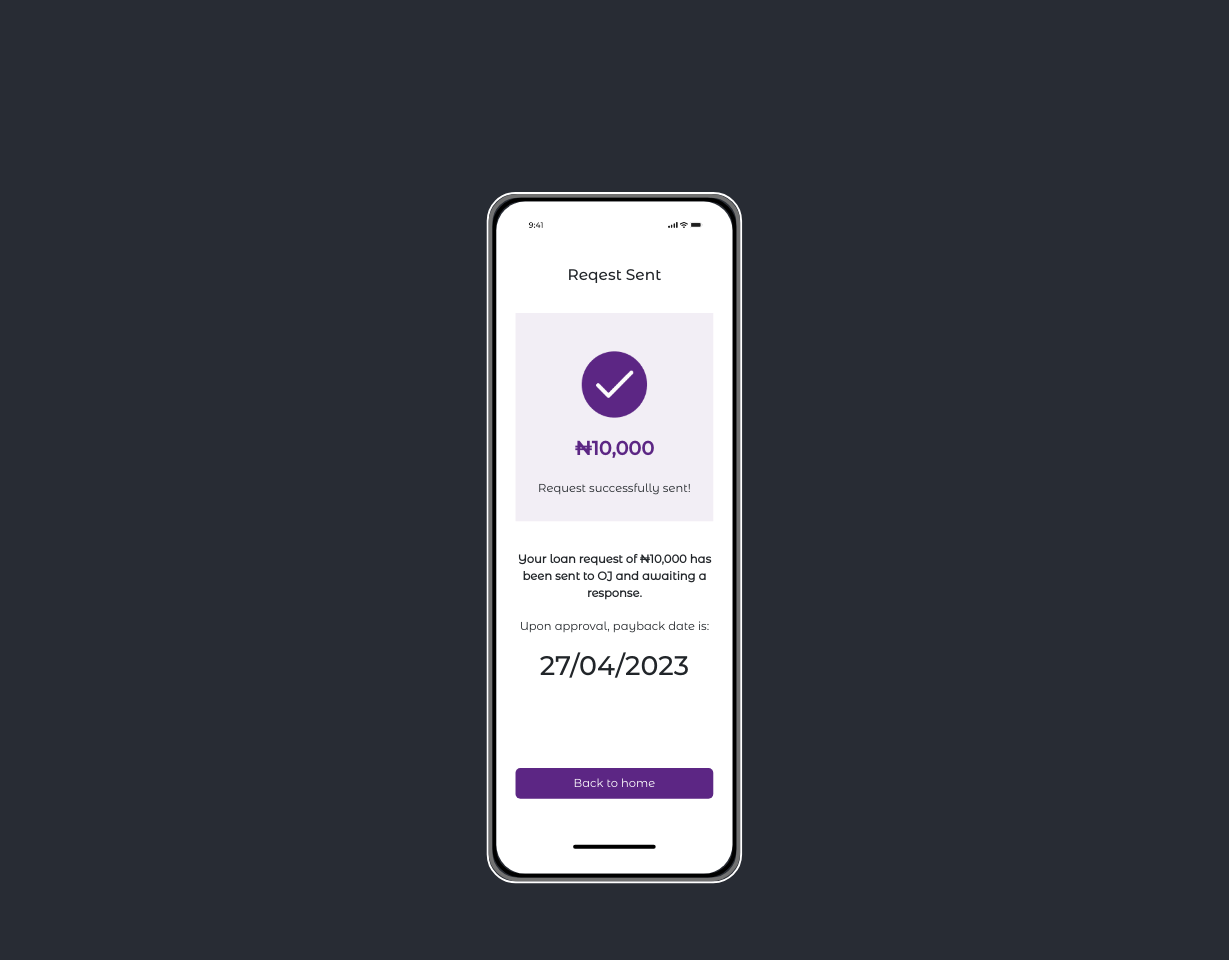
Repository: sarahnnanyelugo/fcmb-hackathon
Page: /success-page
These files come from the project's save history. The page is drawn as it stood at one moment and after the next save; the edit follows.
The browser window is 1280 px wide. The pictures show the whole page, at 96% of full size.
The project was rebuilt for these pictures with package versions that can differ from the ones it lists, and the page was loaded fresh each time. Also part of the build but not shown: src/Pages/Home.js, src/components/AccList.js, src/TestData.js/AccList.js, src/components/Beneficiaries.js, src/components/VerificationCodeInput/code-input.scss, src/components/VerificationCodeInput/VerifyCode.js, src/components/Loader.js, src/components/PasswordInput.js and 1 more.

Above is the page before, as saved 2023-10-29 12:13:39.

### src/App.js
import "bootstrap/dist/css/bootstrap.min.css";
import { BrowserRouter, Routes, Route, Link, Outlet } from "react-router-dom";
import Home from "./Pages/Home";
import LoanInterface from "./Pages/LoanInterface";
import "./App.scss";
import { SuccessPage } from "./Pages/SuccessPage";
function App() {
  return (
    <>
      <Routes>
        <Route path="/" element={<Home />} />
        <Route path="loan-interface" element={<LoanInterface />} />
        <Route path="success-page" element={<SuccessPage />} />
      </Routes>
    </>
  );
}
export default App;

### src/App.scss
@font-face {
  font-family: montB;
  src: url(./assets/fonts/mont/MontserratAlternates-Medium.otf);
}
@font-face {
  font-family: montBB;
  src: url(./assets/fonts/mont/MontserratAlternates-Bold.otf);
}
@font-face {
  font-family: montR;
  src: url(./assets/fonts/mont/MontserratAlternates-Regular.otf);
}

h1,
h2,
h3,
h4,
h5,
h6 {
  font-family: montB;
}
p,
small,
button,
a,
li {
  font-family: montR;
}
p {
  font-size: 12px;
}

### src/Pages/SuccessPage.js
import React from "react";
import Top from "../assets/images/top.png";
import Tick from "../assets/images/tick.png";

import "./style.scss";
import { Link } from "react-router-dom";
export const SuccessPage = () => {
  return (
    <>
      <div className="app-header">
        <center>
          <div className="col-md-3">
            <center>
              <div className="col-md-10 app">
                <div className="app-inner">
                  <div className="app-inner2">
                    <div className="app-face">
                      {" "}
                      <img src={Top} alt="icon" width="100%" />{" "}
                      <center>
                        <h6 style={{ marginTop: "30px" }}>Reqest Sent</h6>
                      </center>
                      <div className="col-md-12 success-div">
                        <center>
                          <div className="col-md-4">
                            {" "}
                            <img src={Tick} alt="icon" width="100%" />
                          </div>
                        </center>
                        <h5>₦10,000</h5>
                        <p>Request successfully sent!</p>
                      </div>
                      <p style={{ marginTop: "30px", fontWeight: "bold" }}>
                        Your loan request of<span> ₦10,000</span> has been sent
                        to OJ and awaiting a response.
                      </p>
                      <p>Upon approval, payback date is:</p>
                      <h3 style={{ marginBottom: "50px" }}>27/04/2023</h3>
                      <Link to={"/"}>
                        {" "}
                        <button className="confirm-btn">Back to home</button>
                      </Link>
                      <br />
                      <br />
                      <br />
                      <div className="dash col-md-5">&nbsp;</div>
                    </div>
                  </div>
                </div>
              </div>
            </center>
          </div>
        </center>
      </div>
    </>
  );
};

### src/Pages/style.scss
.app-header {
  background-color: #282c34;
  height: 1000px;
  padding-top: 200px;
  width: 100%;
}

.app {
  border: solid 2px #fff;
  height: 720px;
  border-radius: 30px;
}
.app-inner {
  border: solid 4px #717171;
  height: 100%;
  border-radius: 30px;
}
.app-inner2 {
  border: solid 4px #000;
  height: 100%;
  border-radius: 30px;
}
.app-face {
  background: #fff;
  height: 100%;
  border-radius: 30px;
  padding: 10px 20px 0px 20px;
  a {
    color: #5c2684;
    text-decoration: none;
    font-size: 12px;
    font-weight: bold;
  }
}
.flexy {
  display: flex;
}
.flexy1 {
  flex-grow: 1;
}
.balance {
  h5 {
    color: #5c2684;
    margin-bottom: 30px;
  }
  small {
    font-size: 10px;
  }
  img {
    margin-top: -10px;
  }
}
.access {
  margin-top: 50px;
  h6 {
    font-size: 12px;
    margin-top: 5px;
  }
  a {
    color: #000;
  }
}
.access2 {
  margin-top: 20px;
  margin-bottom: 20px;
  h6 {
    font-size: 12px;
    margin-top: 5px;
  }
  a {
    color: #000;
  }
}
.transactions {
  margin-top: 20px;
  h6 {
    font-size: 11px;
    margin-bottom: 0 !important;
    margin-top: 10px;
  }
  a {
    font-size: 10px;
    color: grey;
    text-decoration: none;
    margin-top: 0;
  }
}
.footer {
  border-top: solid 1px rgb(202, 201, 201);
  padding-top: 15px;
  margin-top: 10px;
  h6 {
    font-size: 11px;
  }
}
.dash {
  border-radius: 10px;
  border: solid 2px black;
  height: 2px;
}
.amount {
  margin-top: 30px;
  h6 {
    font-size: 11px;
  }
  input {
    padding: 5px 20px;
    width: 100%;
    font-weight: bold;
    color: #000 !important;
  }
}
.duration {
  margin-top: 30px;
  h6 {
    font-size: 11px;
  }
  p {
    font-size: 11px;
    color: grey;
    text-align: left;
    span {
      font-weight: bold;
    }
  }
  button {
    border: none;
    padding: 10px 0px;
    font-size: 12px;
    width: 100%;
    background: #fff;
    border-top: solid 1px grey;
    border-bottom: solid 1px grey;
  }
  #btn1 {
    border-top-left-radius: 10px;
    border-bottom-left-radius: 10px;
    border-left: solid 1px grey;
  }
  #btn4 {
    border-top-right-radius: 10px;
    border-bottom-right-radius: 10px;
  }
  #btn4,
  #btn1,
  #btn2,
  #btn3 {
    border-right: solid 1px grey;
  }
}
.curr-active {
  background: #5c2684 !important;
  color: #fff !important;
}
.remark {
  margin-top: 40px;
  h6 {
    font-size: 11px;
  }
  small {
    font-size: 10px;
    color: grey;
  }
  textarea {
    height: 80px;
    font-size: 8px;
  }
}
.success-div {
  background: #f2eef5;
  padding-top: 40px;
  padding-bottom: 10px;
  margin-top: 30px;
  h5 {
    color: #5c2684;
    font-weight: 600;
    margin-top: 20px;
    margin-bottom: 20px;
  }
}

### src/components/components.scss
.beneficiary-modal {
  height: 70px;
  width: 100%;
  border: dashed 1px #5c2684;
  margin-top: 80px;
  color: #5c2684;
  padding-top: 20px;
  p {
    font-size: 13px;
  }
}
// .modal-body {
//   border: none !important;
// }
.modal-inside {
  input {
    margin-bottom: 30px;
    border: solid 1px rgb(215, 213, 213);
    width: 100%;
    padding: 5px 20px;
  }
  img {
    border-radius: 50%;
  }
  h6 {
    font-size: 13px;
    margin-bottom: 0 !important;
  }
  p {
    font-size: 11px;
  }
  a {
    color: #5c2684;
    font-size: 11px;
    font-weight: bold;
    text-decoration: none;
  }
}
////////////////////////////////////////////////////////////////////////////////////////////////
.confirm-btn {
  background: #5c2684;
  color: #fff;
  width: 100%;
  margin-top: 40px;
  border: none;
  border-radius: 5px;
  padding: 7px 0;
}
.character {
  border: solid 1px grey;
  font-size: 15px;
  border-radius: 8px;
  width: 50px;
  /* light theme */
  color: #272729;
  background-color: #fff;
  box-shadow: 0 2px 0 #e4e2f5;
}
.rotate {
  animation: rotation 2s infinite linear;
}
@keyframes rotation {
  from {
    transform: rotate(0deg);
  }
  to {
    transform: rotate(359deg);
  }
}

Loaded but not shown: public/index.html (common file); src/index.js (common file); src/index.css (common file); src/reportWebVitals.js (common file)

After the next save:
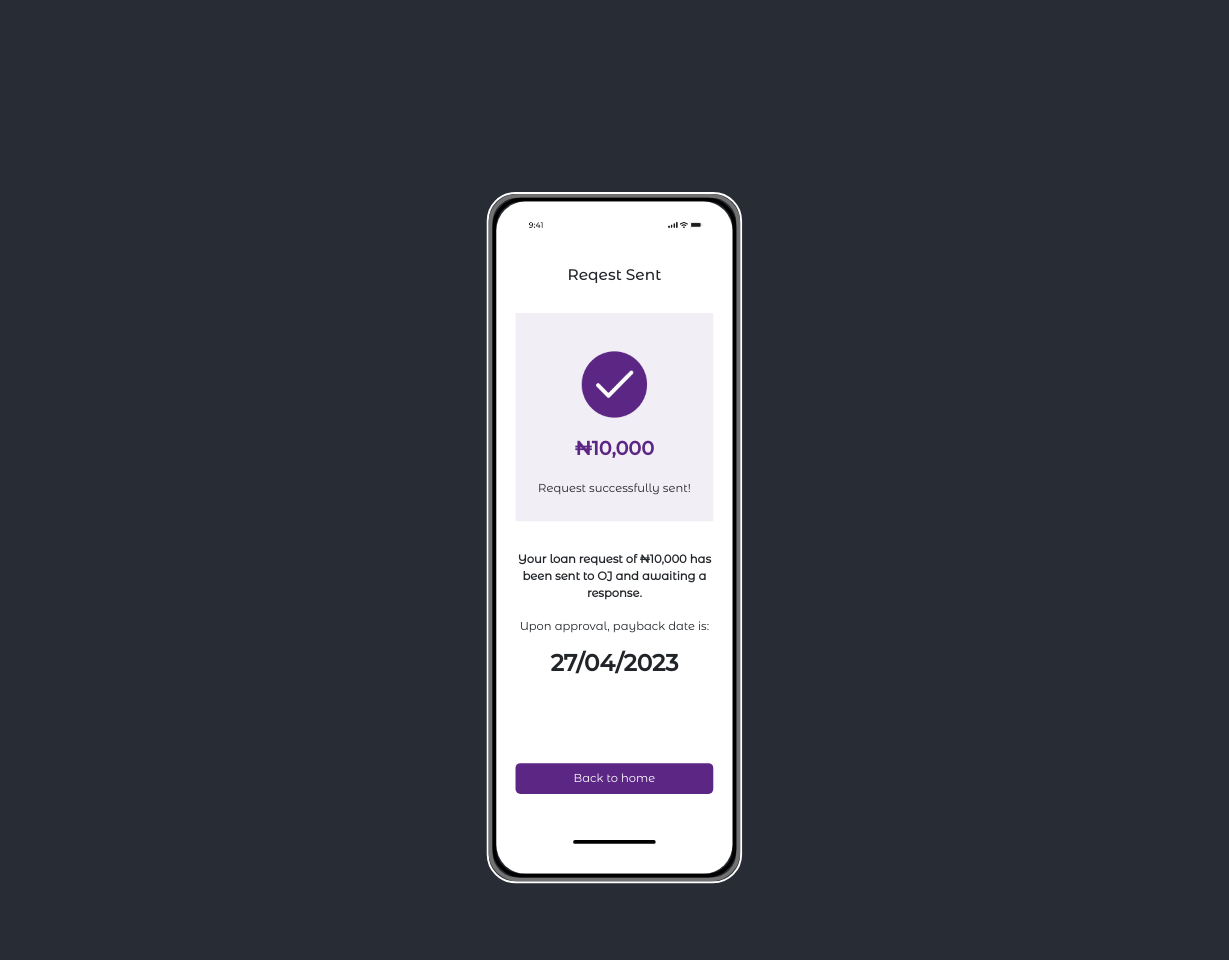
Saved 57 s later.
--- a/src/Pages/SuccessPage.js
+++ b/src/Pages/SuccessPage.js
@@ -35,7 +35,9 @@ export const SuccessPage = () => {
                         to OJ and awaiting a response.
                       </p>
                       <p>Upon approval, payback date is:</p>
-                      <h3 style={{ marginBottom: "50px" }}>27/04/2023</h3>
+                      <h4 style={{ marginBottom: "50px", fontWeight: "bold" }}>
+                        27/04/2023
+                      </h4>
                       <Link to={"/"}>
                         {" "}
                         <button className="confirm-btn">Back to home</button>
